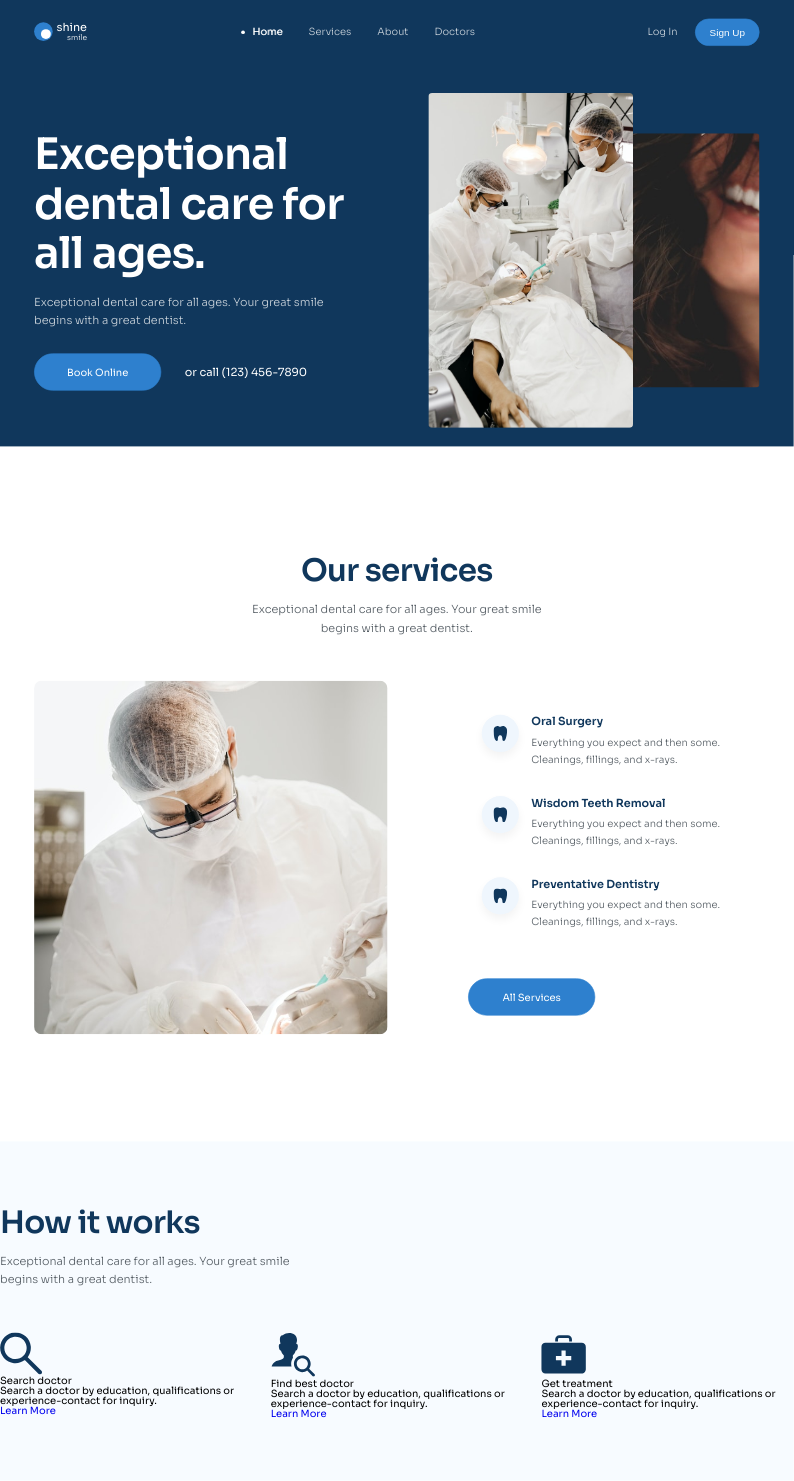
Repository: anhtien111198/f8-htmlcss-03
Page: index.html
The author's editor kept a copy of each file at every save. The page is drawn from the files as they stood at one save, then again after the next save.
The browser window is 1280 px wide. The pictures show the whole page, at 62% of full size.

Above is the page before, as saved 2023-05-13 14:28:08.

### index.html
<!DOCTYPE html>
<html lang="en">
    <head>
        <meta charset="UTF-8" />
        <meta http-equiv="X-UA-Compatible" content="IE=edge" />
        <meta name="viewport" content="width=device-width, initial-scale=1.0" />
        <title>shine smile</title>
        <!-- favicon -->
        <link
            rel="apple-touch-icon"
            sizes="57x57"
            href="./assets/favicon/apple-icon-57x57.png"
        />
        <link
            rel="apple-touch-icon"
            sizes="60x60"
            href="./assets/favicon/apple-icon-60x60.png"
        />
        <link
            rel="apple-touch-icon"
            sizes="72x72"
            href="./assets/favicon/apple-icon-72x72.png"
        />
        <link
            rel="apple-touch-icon"
            sizes="76x76"
            href="./assets/favicon/apple-icon-76x76.png"
        />
        <link
            rel="apple-touch-icon"
            sizes="114x114"
            href="./assets/favicon/apple-icon-114x114.png"
        />
        <link
            rel="apple-touch-icon"
            sizes="120x120"
            href="./assets/favicon/apple-icon-120x120.png"
        />
        <link
            rel="apple-touch-icon"
            sizes="144x144"
            href="./assets/favicon/apple-icon-144x144.png"
        />
        <link
            rel="apple-touch-icon"
            sizes="152x152"
            href="./assets/favicon/apple-icon-152x152.png"
        />
        <link
            rel="apple-touch-icon"
            sizes="180x180"
            href="./assets/favicon/apple-icon-180x180.png"
        />
        <link
            rel="icon"
            type="image/png"
            sizes="192x192"
            href="./assets/favicon/android-icon-192x192.png"
        />
        <link
            rel="icon"
            type="image/png"
            sizes="32x32"
            href="./assets/favicon/favicon-32x32.png"
        />
        <link
            rel="icon"
            type="image/png"
            sizes="96x96"
            href="./assets/favicon/favicon-96x96.png"
        />
        <link
            rel="icon"
            type="image/png"
            sizes="16x16"
            href="./assets/favicon/favicon-16x16.png"
        />
        <link rel="manifest" href="./assets/favicon/manifest.json" />
        <meta name="msapplication-TileColor" content="#ffffff" />
        <meta
            name="msapplication-TileImage"
            content="./assets/favicon/ms-icon-144x144.png"
        />
        <meta name="theme-color" content="#ffffff" />
        <!-- font -->
        <link rel="preconnect" href="https://fonts.googleapis.com" />
        <link rel="preconnect" href="https://fonts.gstatic.com" crossorigin />
        <link
            href="https://fonts.googleapis.com/css2?family=Sora:wght@200;300;400;500;600;700;800&display=swap"
            rel="stylesheet"
        />
        <!-- reset css -->
        <link rel="stylesheet" href="./assets/css/reset.css" />
        <!-- style css -->
        <link rel="stylesheet" href="./assets/css/style.css" />
    </head>
    <body>
        <!-- header -->
        <header class="header">
            <div class="container">
                <!-- header top -->
                <div class="header-top">
                    <!-- logo -->
                    <a href="/">
                        <div class="logo">
                            <span class="logo__circle"></span>
                            <span class="logo__text">
                                <span class="logo__brand">shine</span>
                                <span class="logo__brand logo__brand--small">
                                    smile
                                </span>
                            </span>
                        </div>
                    </a>
                    <!-- navbar -->
                    <nav class="navbar">
                        <ul class="navbar__list">
                            <li class="navbar__item">
                                <a
                                    href="#!"
                                    class="navbar__link navbar__link--active"
                                >
                                    Home
                                </a>
                            </li>
                            <li class="navbar__item">
                                <a href="#!" class="navbar__link">Services</a>
                            </li>
                            <li class="navbar__item">
                                <a href="#!" class="navbar__link">About</a>
                            </li>
                            <li class="navbar__item">
                                <a href="#!" class="navbar__link">Doctors</a>
                            </li>
                        </ul>
                    </nav>
                    <!-- action -->
                    <div class="header-action">
                        <a href="#!" class="header-action__login">Log In</a>
                        <button href="#!" class="btn header-action__signup">
                            Sign Up
                        </button>
                    </div>
                </div>
                <!-- Hero -->
                <section class="hero">
                    <!-- hero content -->
                    <section class="hero__content">
                        <h1 class="hero__heading">
                            Exceptional dental care for all ages.
                        </h1>
                        <p class="hero__desc">
                            Exceptional dental care for all ages. Your great
                            smile begins with a great dentist.
                        </p>
                        <div class="hero__row">
                            <a href="" class="btn">Book Online</a>
                            <span class="hero__phone"
                                >or call (123) 456-7890</span
                            >
                        </div>
                    </section>
                    <!-- hero media -->
                    <div class="hero__media">
                        <figure class="hero__images">
                            <img
                                src="./assets/image/hero-01jpg.jpg"
                                alt=""
                                class="hero__img"
                            />
                            <img
                                src="./assets/image/hero-02.jpg"
                                alt=""
                                class="hero__img"
                            />
                        </figure>
                    </div>
                </section>
            </div>
        </header>
        <main style="height: 5000">
            <!-- service -->
            <section class="service">
                <div class="container">
                    <h2 class="service__heading section-heading">
                        Our services
                    </h2>
                    <p class="service__desc section-desc">
                        Exceptional dental care for all ages. Your great smile
                        begins with a great dentist.
                    </p>
                    <div class="service__row">
                        <figure class="service__images">
                            <img
                                src="./assets/image/service-1.jpg"
                                alt=""
                                class="service__img"
                            />
                        </figure>
                        <div>
                            <div class="service__list">
                                <!-- service item 1 -->
                                <section class="service-item">
                                    <div class="service-item__icon">
                                        <svg
                                            width="22"
                                            height="24"
                                            viewBox="0 0 22 24"
                                            fill="none"
                                            xmlns="http://www.w3.org/2000/svg"
                                        >
                                            <path
                                                d="M20.3598 2.63964C17.9506 -0.556131 14.2772 -0.568132 11.2481 1.10682C11.001 1.24657 10.7219 1.31411 10.4406 1.30222C10.1592 1.29033 9.88633 1.19945 9.65105 1.03931C8.49552 0.245717 7.29036 -0.316477 5.13904 0.207462C0.623408 1.3071 0 4.90379 0 8.99816C0.0797353 12.1602 0.500857 15.3032 1.25551 18.3683C2.11836 22.0168 3.90382 24 5.43354 24C6.96326 24 7.00963 22.2204 7.00963 20.8016C7.00963 19.2009 7.39505 14.8009 10.8642 14.8009C13.5317 14.8009 14.3333 18.4013 14.3333 20.8016C14.3329 23.095 15.1722 24 16.6628 24C19.5267 24 20.9796 15.3938 21.3719 13.1237C21.7642 10.8535 22.9882 6.12569 20.3598 2.63964Z"
                                                fill="currentColor"
                                            />
                                        </svg>
                                    </div>
                                    <div class="service-item__body">
                                        <h3 class="service-item__heading">
                                            Oral Surgery
                                        </h3>
                                        <p class="service-item__desc">
                                            Everything you expect and then some.
                                            Cleanings, fillings, and x-rays.
                                        </p>
                                    </div>
                                </section>
                                <!-- service item 2 -->
                                <section class="service-item">
                                    <div class="service-item__icon">
                                        <svg
                                            width="22"
                                            height="24"
                                            viewBox="0 0 22 24"
                                            fill="none"
                                            xmlns="http://www.w3.org/2000/svg"
                                        >
                                            <path
                                                d="M20.3598 2.63964C17.9506 -0.556131 14.2772 -0.568132 11.2481 1.10682C11.001 1.24657 10.7219 1.31411 10.4406 1.30222C10.1592 1.29033 9.88633 1.19945 9.65105 1.03931C8.49552 0.245717 7.29036 -0.316477 5.13904 0.207462C0.623408 1.3071 0 4.90379 0 8.99816C0.0797353 12.1602 0.500857 15.3032 1.25551 18.3683C2.11836 22.0168 3.90382 24 5.43354 24C6.96326 24 7.00963 22.2204 7.00963 20.8016C7.00963 19.2009 7.39505 14.8009 10.8642 14.8009C13.5317 14.8009 14.3333 18.4013 14.3333 20.8016C14.3329 23.095 15.1722 24 16.6628 24C19.5267 24 20.9796 15.3938 21.3719 13.1237C21.7642 10.8535 22.9882 6.12569 20.3598 2.63964Z"
                                                fill="currentColor"
                                            />
                                        </svg>
                                    </div>
                                    <div class="service-item__body">
                                        <h3 class="service-item__heading">
                                            Wisdom Teeth Removal
                                        </h3>
                                        <p class="service-item__desc">
                                            Everything you expect and then some.
                                            Cleanings, fillings, and x-rays.
                                        </p>
                                    </div>
                                </section>
                                <!-- service item 3 -->
                                <section class="service-item">
                                    <div class="service-item__icon">
                                        <svg
                                            width="22"
                                            height="24"
                                            viewBox="0 0 22 24"
                                            fill="none"
                                            xmlns="http://www.w3.org/2000/svg"
                                        >
                                            <path
                                                d="M20.3598 2.63964C17.9506 -0.556131 14.2772 -0.568132 11.2481 1.10682C11.001 1.24657 10.7219 1.31411 10.4406 1.30222C10.1592 1.29033 9.88633 1.19945 9.65105 1.03931C8.49552 0.245717 7.29036 -0.316477 5.13904 0.207462C0.623408 1.3071 0 4.90379 0 8.99816C0.0797353 12.1602 0.500857 15.3032 1.25551 18.3683C2.11836 22.0168 3.90382 24 5.43354 24C6.96326 24 7.00963 22.2204 7.00963 20.8016C7.00963 19.2009 7.39505 14.8009 10.8642 14.8009C13.5317 14.8009 14.3333 18.4013 14.3333 20.8016C14.3329 23.095 15.1722 24 16.6628 24C19.5267 24 20.9796 15.3938 21.3719 13.1237C21.7642 10.8535 22.9882 6.12569 20.3598 2.63964Z"
                                                fill="currentColor"
                                            />
                                        </svg>
                                    </div>
                                    <div class="service-item__body">
                                        <h3 class="service-item__heading">
                                            Preventative Dentistry
                                        </h3>
                                        <p class="service-item__desc">
                                            Everything you expect and then some.
                                            Cleanings, fillings, and x-rays.
                                        </p>
                                    </div>
                                </section>
                            </div>
                            <a href="#!" class="btn">All Services</a>
                        </div>
                    </div>
                </div>
            </section>
            <!-- how its works -->
            <section class="work">
                <h2 class="section-heading">How it works</h2>
                <p class="section-desc work__desc">
                    Exceptional dental care for all ages. Your great smile
                    begins with a great dentist.
                </p>
                <div class="work__list">
                    <!-- work item 1 -->
                    <div class="work-item">
                        <img
                            src="./assets/icons/search.svg"
                            alt=""
                            class="work-item__icon"
                        />
                        <h3 class="work-item__heading">Search doctor</h3>
                        <p class="work-item__desc">
                            Search a doctor by education, qualifications or
                            experience-contact for inquiry.
                        </p>
                        <a href="#!" class="work__more">Learn More</a>
                    </div>
                    <!-- work item 2 -->
                    <div class="work-item">
                        <img
                            src="./assets/icons/search-user.svg"
                            alt=""
                            class="work-item__icon"
                        />
                        <h3 class="work-item__heading">Find best doctor</h3>
                        <p class="work-item__desc">
                            Search a doctor by education, qualifications or
                            experience-contact for inquiry.
                        </p>
                        <a href="#!" class="work__more">Learn More</a>
                    </div>
                    <!-- work item 3 -->
                    <div class="work-item">
                        <img
                            src="./assets/icons/bag.svg"
                            alt=""
                            class="work-item__icon"
                        />
                        <h3 class="work-item__heading">Get treatment</h3>
                        <p class="work-item__desc">
                            Search a doctor by education, qualifications or
                            experience-contact for inquiry.
                        </p>
                        <a href="#!" class="work__more">Learn More</a>
                    </div>
                </div>
            </section>
        </main>
    </body>
</html>

### assets/css/style.css
* {
    box-sizing: border-box;
}
:root {
    --header-bg: #10375c;
}
html {
    font-size: 62.5%;
}
body {
    font-size: 1.6rem;
    font-family: "Sora", sans-serif;
}
/* ======Common========= */
a {
    text-decoration: none;
}
.container {
    width: 1170px;
    max-width: calc(100% - 48px);
    margin: 0 auto;
}
.btn {
    --height: 60px;
    display: inline-block;
    min-width: 205px;
    height: var(--height);
    padding: 0 20px;
    border-radius: 99px;
    border: 1px solid #2e80ce;
    font-size: 1.6rem;
    font-weight: 400;
    line-height: var(--height);
    color: #fff;
    text-align: center;
    background: #2e80ce;
}
.btn:hover {
    opacity: 0.9;
    cursor: pointer;
}
.section-heading {
    font-weight: 600;
    font-size: 5rem;
    line-height: 1.2;
    letter-spacing: -0.02em;
    color: #10375c;
}
.section-desc {
    margin-top: 18px;
    font-weight: 300;
    font-size: 1.8rem;
    line-height: 1.67;
    color: #575f66;
}
/* ========header============= */
.header {
    min-height: 100vh;
    padding-top: 30px;
    background: var(--header-bg);
}
.logo {
    position: relative;
    display: inline-flex;
    font-size: 1rem;
}
.logo__circle::after,
.logo__circle::before {
    content: "";
    display: inline-block;
    border-radius: 50%;
}
.logo__circle::before {
    width: 3em;
    height: 3em;
    background: #2e80ce;
}
.logo__circle::after {
    position: absolute;
    top: 1.1em;
    left: 1.1em;
    width: 1.6em;
    height: 1.6em;
    background: #ffffff;
}
.logo__text {
    margin-left: 0.6em;
    text-align: right;
    line-height: 1.6em;
}
.logo__brand {
    display: block;
    font-size: 1.8em;
    font-weight: 400;
    color: #ffffff;
}
.logo__brand--small {
    font-size: 1.2em;
    font-weight: 300;
}
/* ========Header top========== */
.header-top {
    display: flex;
    align-items: center;
    justify-content: space-between;
}
.navbar__list {
    display: flex;
}
.header-action__login,
.navbar__link {
    padding: 4px 21px;
    font-weight: 300;
    font-size: 1.6rem;
    color: #c9d2da;
}
.navbar__link:hover,
.navbar__link--active {
    color: #fff;
    text-shadow: 1px 0 0 currentColor;
}
.navbar__link--active::before {
    position: relative;
    top: -2px;
    left: -8px;
    content: "";
    display: inline-block;
    width: 6px;
    height: 6px;
    border-radius: 50%;
    background: #fff;
}
.header-action {
    display: flex;
    align-items: center;
}
.header-action__login {
    margin-right: 7px;
}
.header-action__signup {
    --height: 44px;
    min-width: 104px;
}
/* ========hero=========== */
.hero {
    display: flex;
    align-items: center;
    margin-top: 76px;
}
.hero__content {
    flex-shrink: 0;
    width: 44%;
}
.hero__media {
    flex-grow: 1;
}
.hero__heading {
    font-weight: 600;
    font-size: 7rem;
    line-height: 1.14;
    letter-spacing: -0.02em;
    color: #ffffff;
}
.hero__desc {
    margin-top: 22px;
    font-weight: 300;
    font-size: 1.8rem;
    line-height: 1.67;
    color: #c9d2da;
}
.hero__row {
    display: flex;
    align-items: center;
    margin-top: 38px;
}
.hero__phone {
    margin-left: 38px;
    font-weight: 400;
    font-size: 1.8rem;
    line-height: 1.67;
    color: #ffffff;
}
.hero__images {
    display: flex;
    align-items: center;
    justify-content: flex-end;
}
.hero__img {
    width: 330px;
    height: 540px;
    border-radius: 6px;
    object-fit: cover;
}
.hero__img:first-child {
    position: relative;
    margin-right: -6px;
}
.hero__img:last-child {
    width: 210px;
    height: 410px;
}
/* ========service=========== */
.service {
    padding: 170px 0;
}
.service__heading,
.service__desc {
    text-align: center;
}
.service__desc {
    width: 468px;
    margin-left: auto;
    margin-right: auto;
}
.service__row {
    display: flex;
    align-items: center;
    justify-content: space-between;
    margin-top: 70px;
}
.service__img {
    width: 570px;
    height: 570px;
    border-radius: 12px;
    object-fit: cover;
}
.service__list {
    margin-bottom: 55px;
}
/* =====service item========= */
.service-item {
    display: flex;
    width: 470px;
    padding: 22px;
    background: #ffffff;
    border-radius: 10px;
    transition: 0.25s;
}
.service-item:hover {
    position: relative;
    box-shadow: 0px 14px 28px rgba(0, 0, 0, 0.05);
}
.service-item:hover .service-item__icon {
    background: #2e80ce;
    color: #fff;
}
.service-item__icon {
    display: flex;
    align-items: center;
    justify-content: center;
    flex-shrink: 0;
    width: 60px;
    height: 60px;
    border-radius: 50%;
    color: #10375c;
    background: #eff6fd;
    box-shadow: 0px 8px 16px rgba(0, 0, 0, 0.05);
    transition: 0.25s;
}
.service-item__body {
    margin-left: 20px;
}
.service-item__heading {
    font-weight: 600;
    font-size: 1.8rem;
    line-height: 1.27;
    color: #10375c;
}
.service-item__desc {
    margin-top: 8px;
    font-weight: 300;
    font-size: 1.6rem;
    line-height: 1.75;
    color: #575f66;
}
/* ========work======= */
.work {
    padding: 100px 0;
    background: #f7fbff;
}
.work__desc {
    width: 468px;
}
.work__list {
    display: grid;
    grid-template-columns: repeat(3, 1fr);
    column-gap: 30px;
    margin-top: 70px;
}

Loaded but not shown: assets/css/reset.css (common file)

After the next save:
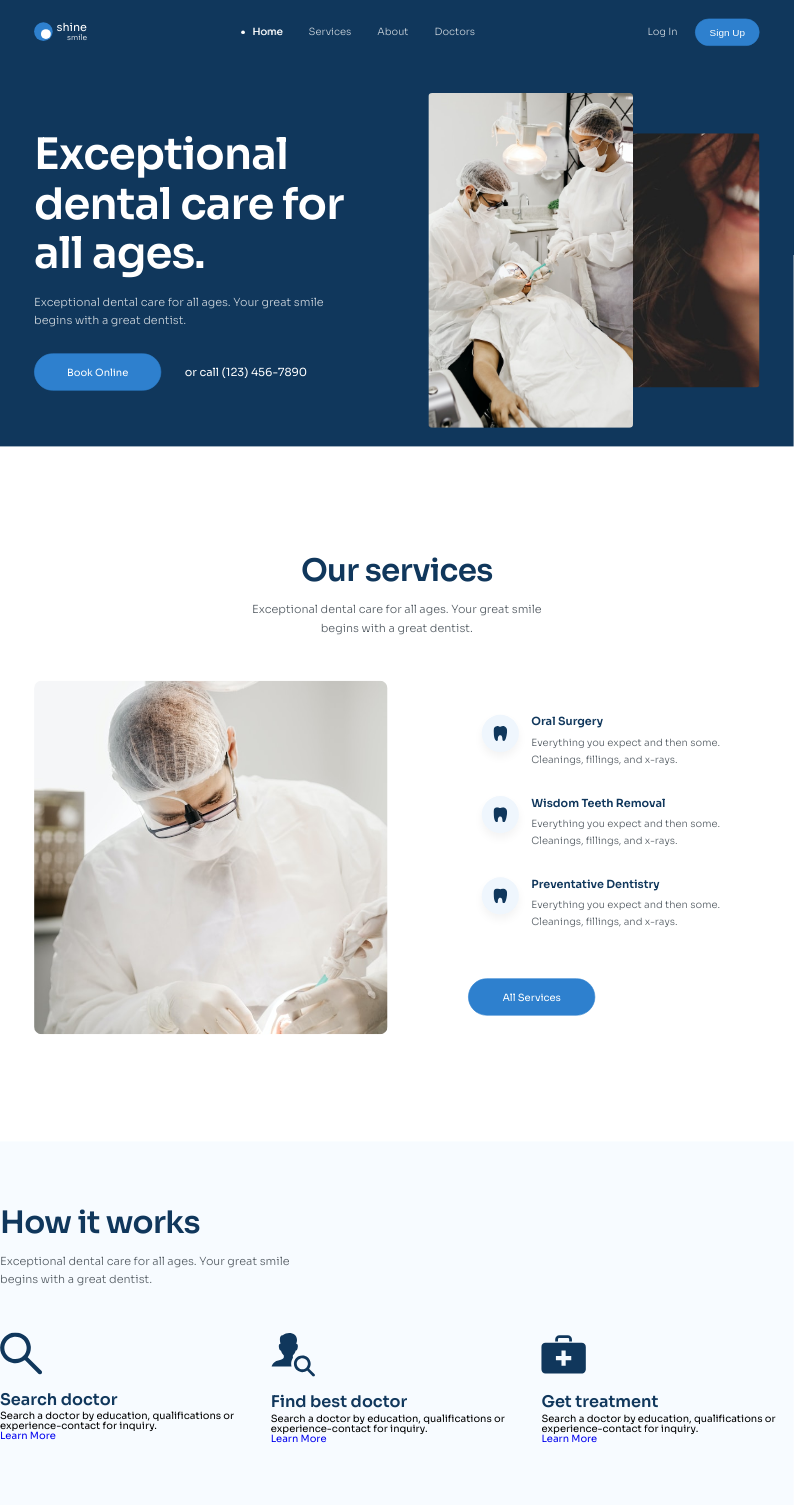
Saved 65 s later.
--- a/assets/css/style.css
+++ b/assets/css/style.css
@@ -287,3 +287,10 @@ a {
     column-gap: 30px;
     margin-top: 70px;
 }
+.work-item__heading {
+    margin-top: 20px;
+    font-weight: 600;
+    font-size: 2.6rem;
+    line-height: 1.38;
+    color: #10375c;
+}
